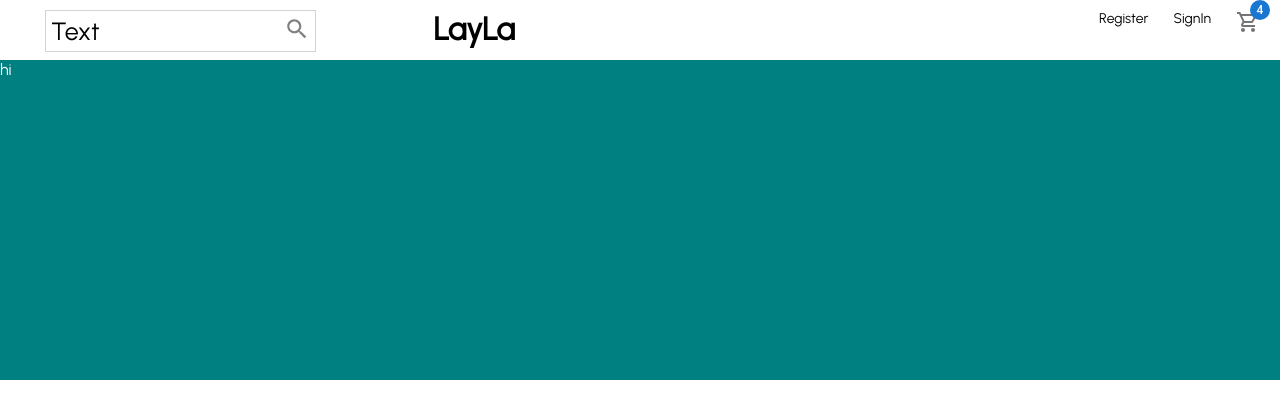
Repository: WaiMaungMaung/React_Ecom
Page: /
An editor plug-in stored every save of this project. The page is shown before and after the next save, followed by the edit.
The browser window is 1280 px wide. The pictures show the whole page.
The project was rebuilt for these pictures with package versions that can differ from the ones it lists, and the page was loaded fresh each time.

Above is the page before, as saved 2022-05-05 17:01:01.

After the next save:
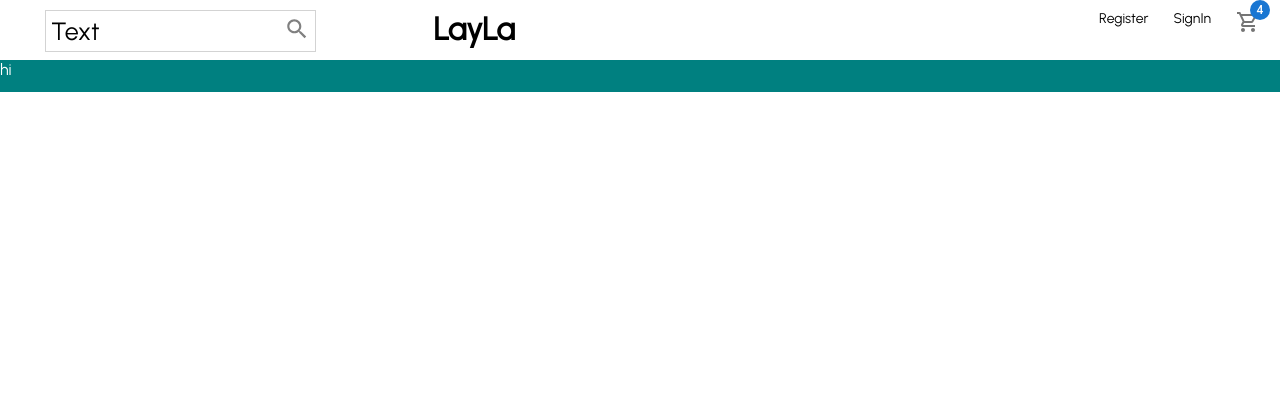
Saved 33 s later.
--- a/src/components/Announcements.jsx
+++ b/src/components/Announcements.jsx
@@ -1,7 +1,7 @@
 import styled from "@emotion/styled";
 const Container = styled.div`
   background-color: teal;
-  height: 320px;
+  height: 32px;
   color: white;
 `;
 
